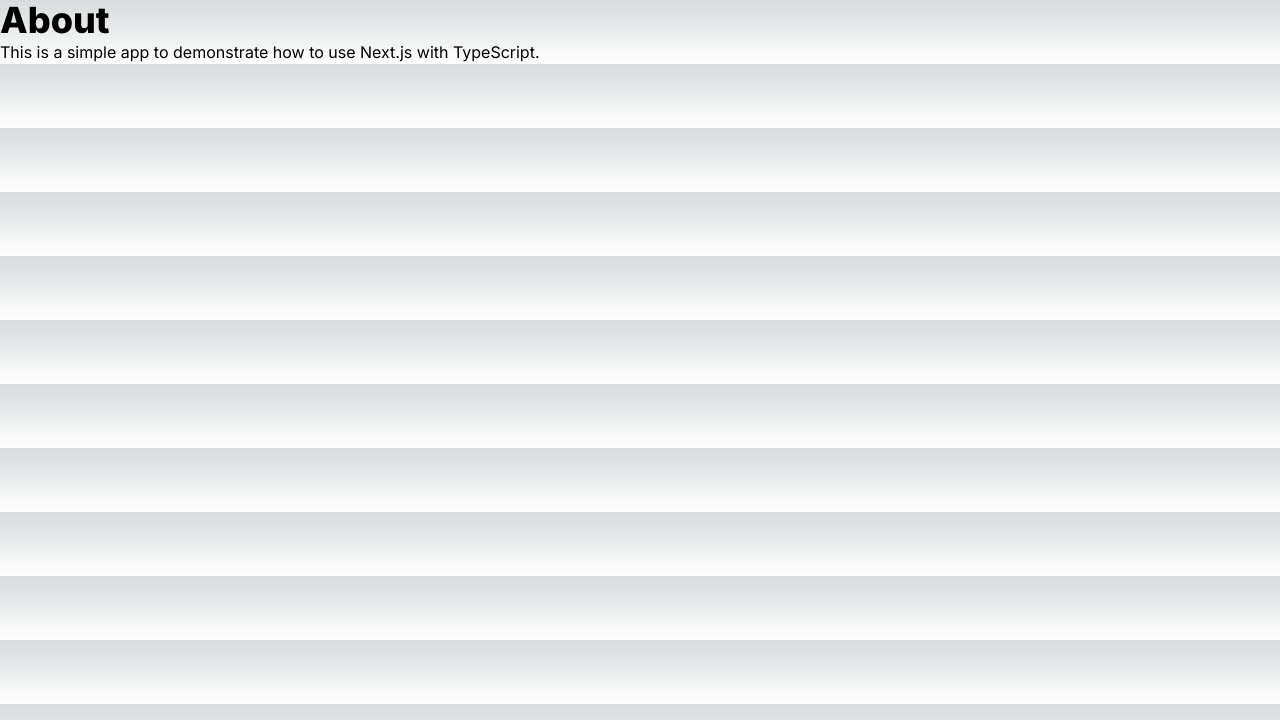
Repository: badhon252/Candidates-portal
Page: /about
An editor plug-in stored every save of this project. The page is shown before and after the next save, followed by the edit.
The browser window is 1280 px wide. The pictures show the whole page.
The project was rebuilt for these pictures with package versions that can differ from the ones it lists, and the page was loaded fresh each time. The framework's server and built-in components were replaced by stand-ins that run in the browser. Also part of the build but not shown: next.config.js.

Above is the page before, as saved 2023-05-31 17:26:51.

After the next save:
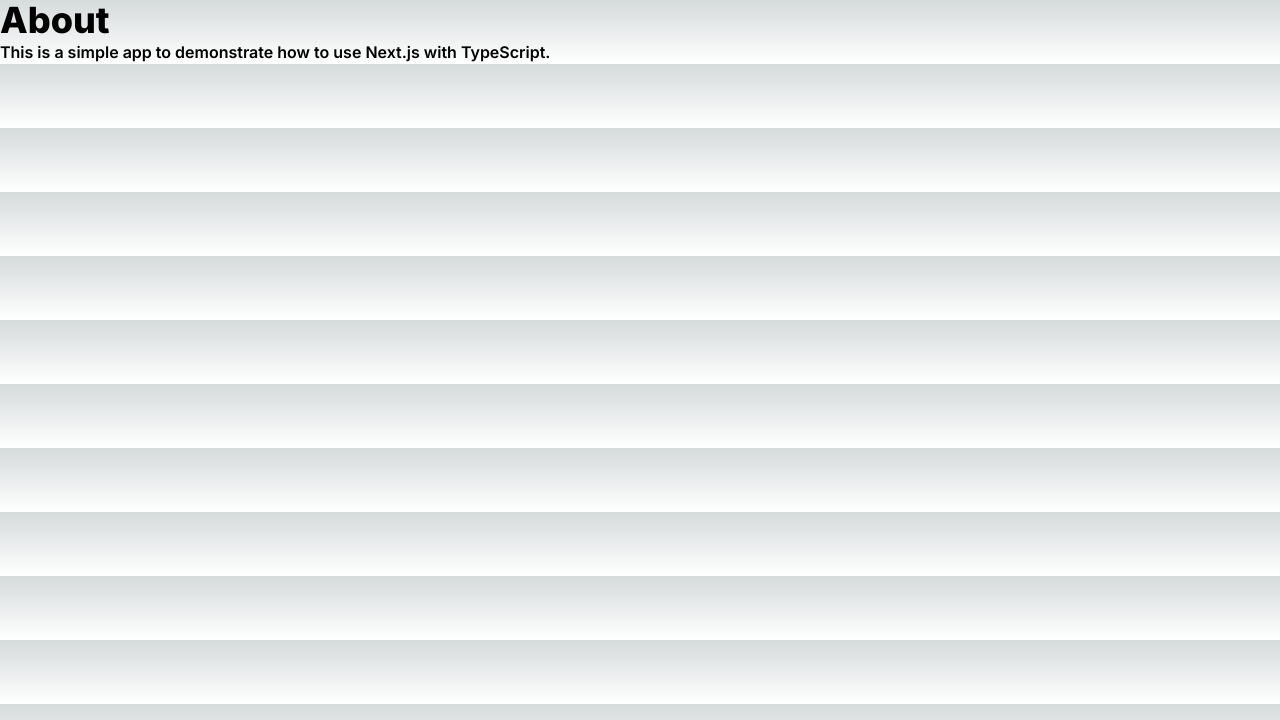
Saved 45 s later.
--- a/app/about/page.tsx
+++ b/app/about/page.tsx
@@ -2,7 +2,7 @@ export default function page() {
   return (
     <div className="">
       <h1 className="block text-4xl font-extrabold">About</h1>
-      <p>
+      <p className="font-semibold">
         This is a simple app to demonstrate how to use Next.js with TypeScript.
       </p>
     </div>
